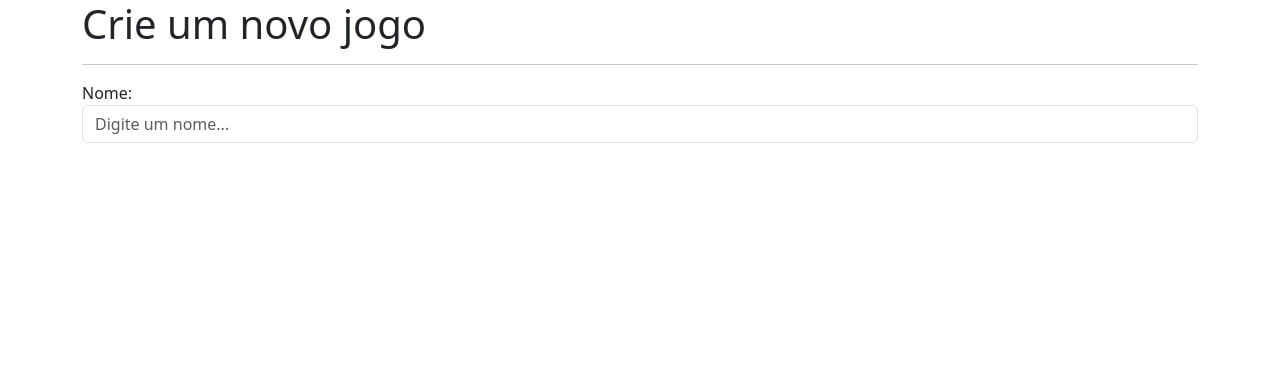
Repository: ytavares/game-registration
Page: http://localhost/jogos/create
These files come from the project's save history. The page is drawn as it stood at one moment and after the next save; the edit follows.
The browser window is 1280 px wide. The pictures show the whole page.
The page is served by the project's Laravel application, run on PHP 8.4 with Laravel 10.

Above is the page before, as saved 2023-09-16 00:01:10.

After the next save:
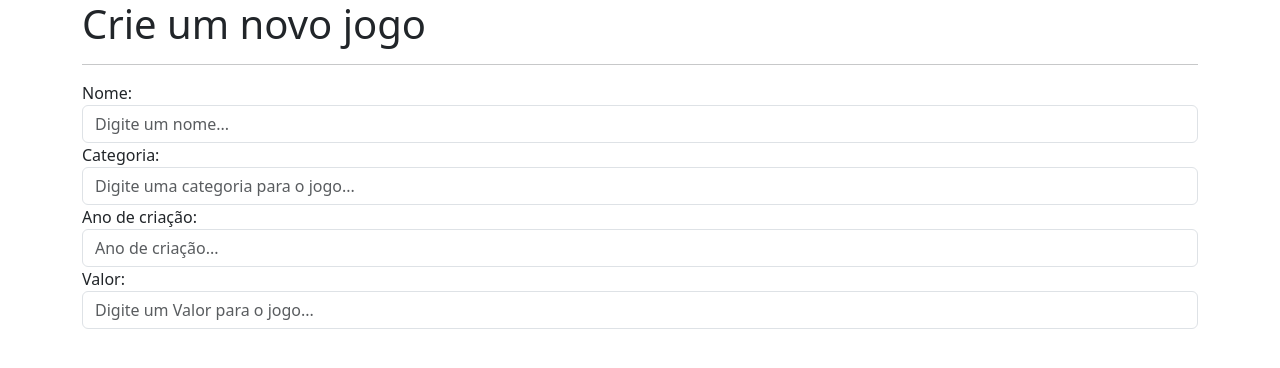
Saved 7 min 37 s later.
--- a/resources/views/jogos/create.blade.php
+++ b/resources/views/jogos/create.blade.php
@@ -11,6 +11,18 @@
                     <label for="nome">Nome:</label>
                     <input type="text" name="nome" class="form-control" placeholder="Digite um nome...">
                 </div>
+                <div class="form-group">
+                    <label for="categoria">Categoria:</label>
+                    <input type="text" name="categoria" class="form-control" placeholder="Digite uma categoria para o jogo...">
+                </div>
+                <div class="form-group">
+                    <label for="ano_criacao">Ano de criação:</label>
+                    <input type="number" name="ano_criacao" class="form-control" placeholder="Ano de criação...">
+                </div>
+                <div class="form-group">
+                    <label for="Valor">Valor:</label>
+                    <input type="number" name="Valor" class="form-control" placeholder="Digite um Valor para o jogo...">
+                </div>
             </div>
         </form>
     </div>
